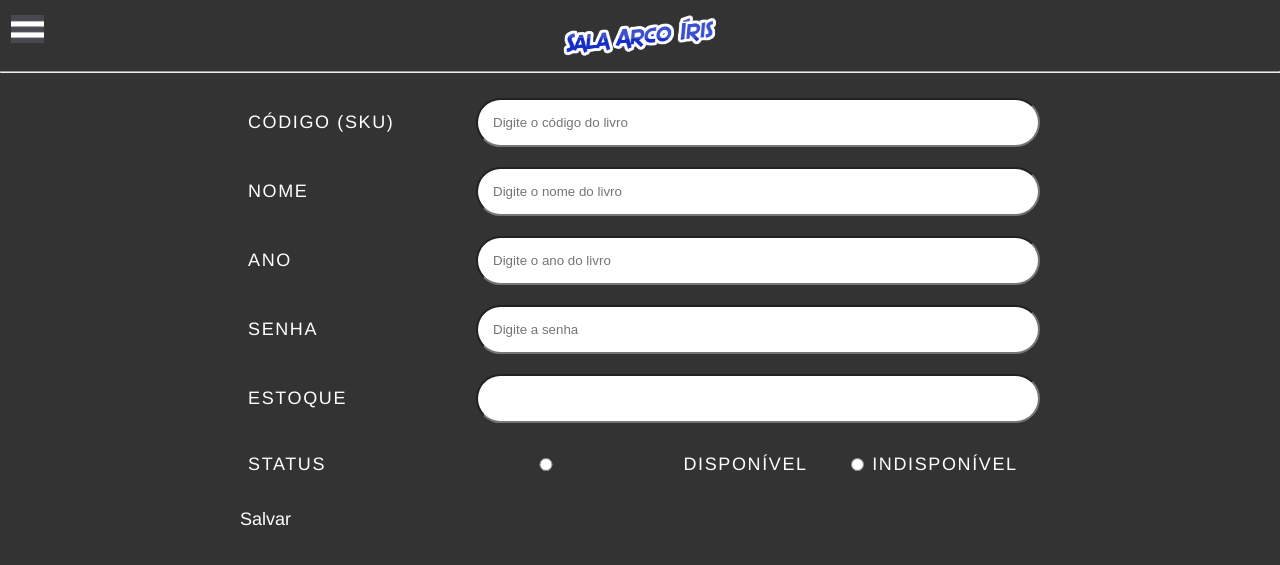
Repository: yuriandreisilva/projeto-individual-senai
Page: SalaArcoIris/WebContent/pages/cadastroLivro.html
These files come from the project's save history. The page is drawn as it stood at one moment and after the next save; the edit follows.
The browser window is 1280 px wide. The pictures show the whole page.
The page's requests for data from a server got no answer.

Above is the page before, as saved 2020-12-14 17:31:40.

After the next save:
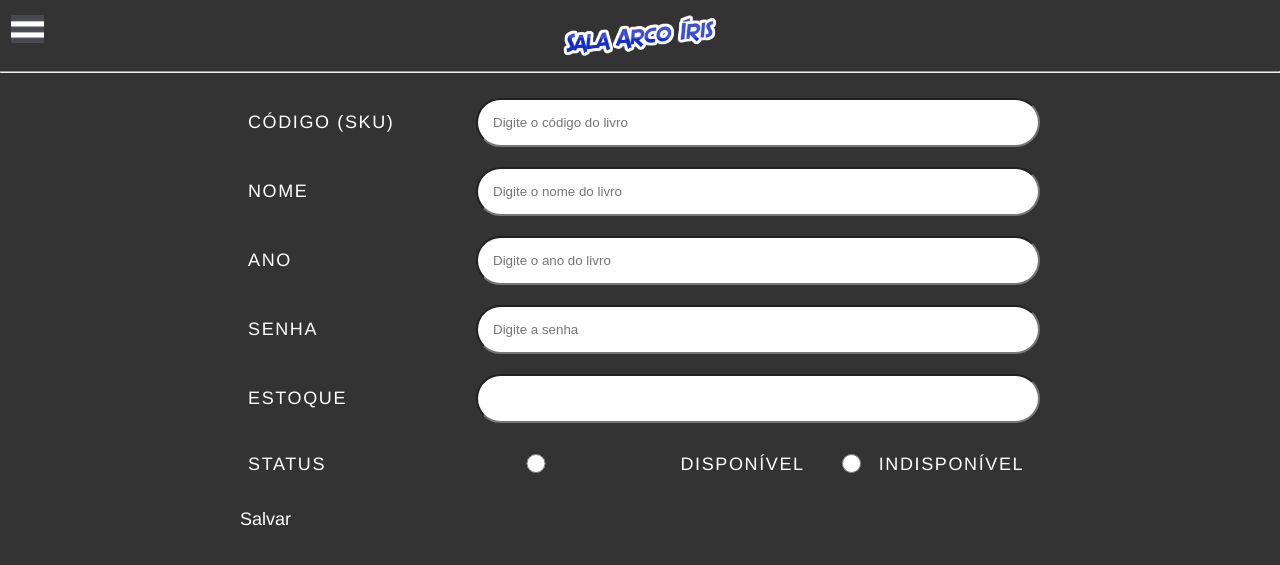
Saved 19 s later.
--- a/SalaArcoIris/WebContent/css/formularios.css
+++ b/SalaArcoIris/WebContent/css/formularios.css
@@ -124,7 +124,7 @@ select {
 
 }
 
-input[type:="radio"]{
+input[type="radio"]{
 	 display:inline-block;
 	 width:19px;
     height:19px;
